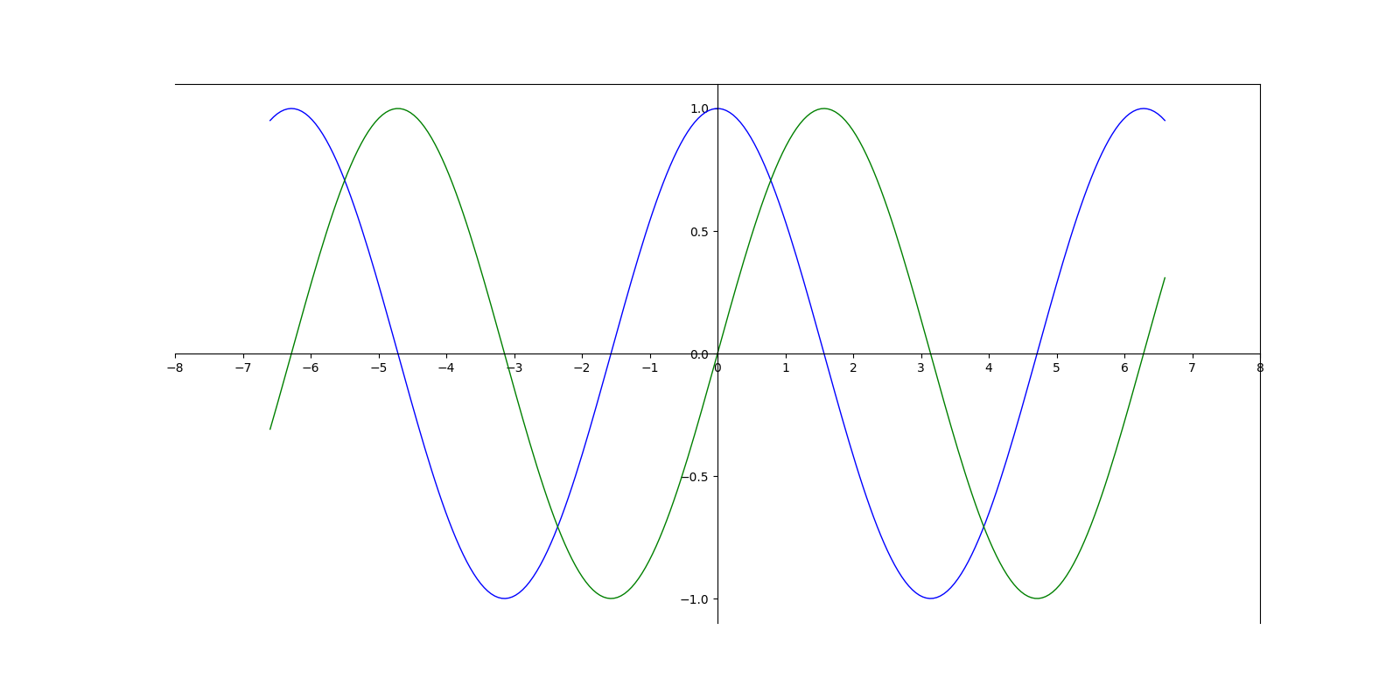
Repository: Jaamunozr/Archivos-python
Script's output: python Archivos Python/Graficas/ejecutable.py
The author's editor kept a copy of each file at every save. The script's output is drawn from the files as they stood at one save, then again after the next save.
Figures wider than 1,400 px are first shrunk to that width. Animations are shown at an early frame. Random numbers start from a fixed seed.

Above is the script's output before, as saved 2020-02-16 21:32:40.

### Archivos Python/Graficas/ejecutable.py
import pylab as pl
import numpy as np

# Crear una figura de 8x6 puntos de tamaño, 80 puntos por pulgada (Se modifica a 16x8)
pl.figure(figsize=(16, 8), dpi=100)

# Crear una nueva subgráfica en una rejilla de 1x1 (se podrian crean una de dos graficas en una reijlla)
pl.subplot(1, 1, 1)
# Obtencion de datos para seno y coseno (Desde -2pi hasta 2pi)
X = np.linspace(-2.1*np.pi, 2.1*np.pi, 256, endpoint=True) #el numero 256 es la cantidad de datos en ese intervalo
C, S = np.cos(X), np.sin(X)

# Graficar la función coseno con una línea continua azul de 1 pixel de grosor
pl.plot(X, C, color="blue", linewidth=1.0, linestyle="-")

# Graficar la función seno con una línea continua verde de 1 pixel de grosor
pl.plot(X, S, color="green", linewidth=1.0, linestyle="-")

# Establecer límites del eje x (Divisiones en X)
pl.xlim(-8.0, 8.0)

# Ticks en x(Impresión de intervalos, cantidad de datos mostrados en el eje)
pl.xticks(np.linspace(-8, 8, 17, endpoint=True))

# Establecer límites del eje y (Divisiones en Y)
pl.ylim(-1.0, 1.0)

# Ticks en y (Impresión de intervalos, cantidad de datos mostrados en el eje)
pl.yticks(np.linspace(-1, 1, 5, endpoint=True))

'''Otra opcion de determinar los limites a imprimir
pl.xticks([-np.pi, -np.pi/2, 0, np.pi/2, np.pi])
pl.yticks([-1, 0, +1]) '''

ax = pl.gca()  # gca stands for 'get current axis'
#ax.spines['right'].set_color('none')
#ax.spines['top'].set_color('none')
#ax.xaxis.set_ticks_position('bottom')
ax.spines['bottom'].set_position(('data',0))
#ax.yaxis.set_ticks_position('left')
ax.spines['left'].set_position(('data',0))

# Guardar la figura usando 72 puntos por pulgada
# savefig("exercice_2.png", dpi=72)

#Indicamos los espacios entre los bordes de grafica y las graficas
#pl.xlim(X.min() * 1.1, X.max() * 1.1)
pl.ylim(C.min() * 1.1, C.max() * 1.1)

# Mostrar resultado en pantalla (Con 2 segundos de muestreo)
pl.pause(10)

After the next save:
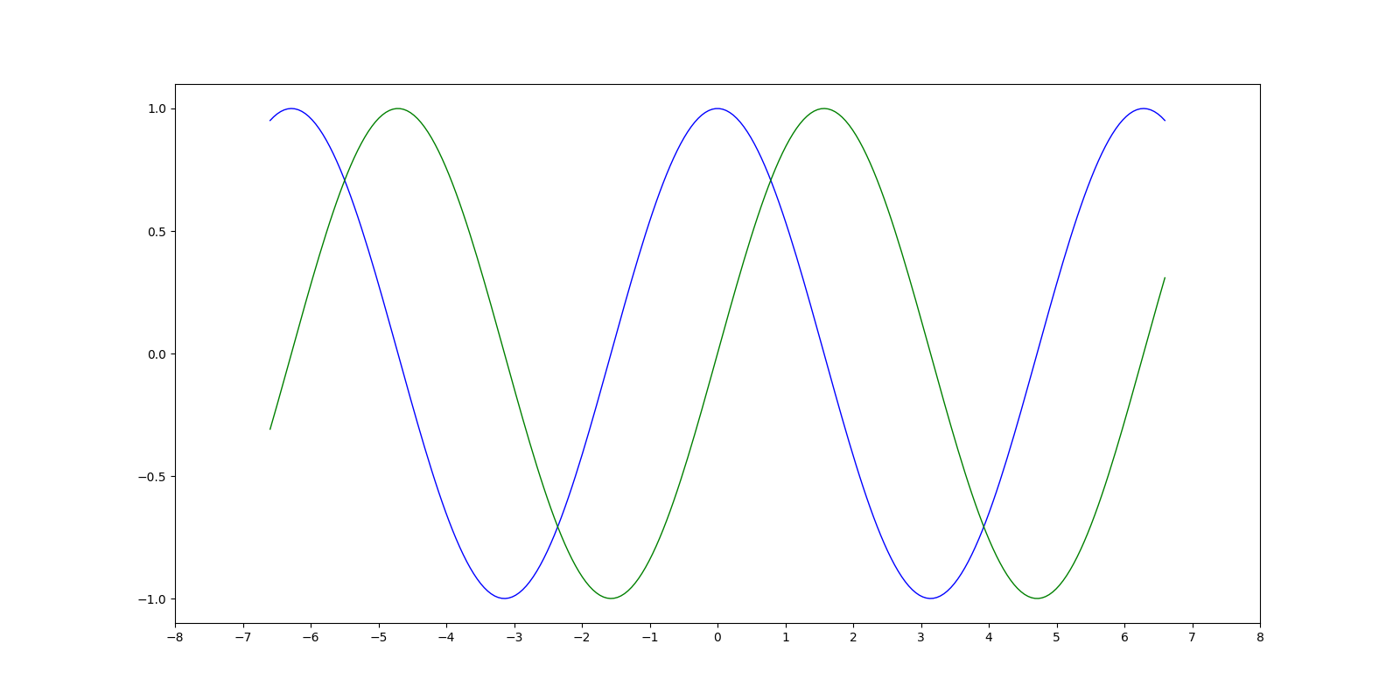
Saved 62 s later.
--- a/Archivos Python/Graficas/ejecutable.py
+++ b/Archivos Python/Graficas/ejecutable.py
@@ -36,9 +36,9 @@ ax = pl.gca()  # gca stands for 'get current axis'
 #ax.spines['right'].set_color('none')
 #ax.spines['top'].set_color('none')
 #ax.xaxis.set_ticks_position('bottom')
-ax.spines['bottom'].set_position(('data',0))
+#ax.spines['bottom'].set_position(('data',0))
 #ax.yaxis.set_ticks_position('left')
-ax.spines['left'].set_position(('data',0))
+#ax.spines['left'].set_position(('data',0))
 
 # Guardar la figura usando 72 puntos por pulgada
 # savefig("exercice_2.png", dpi=72)
